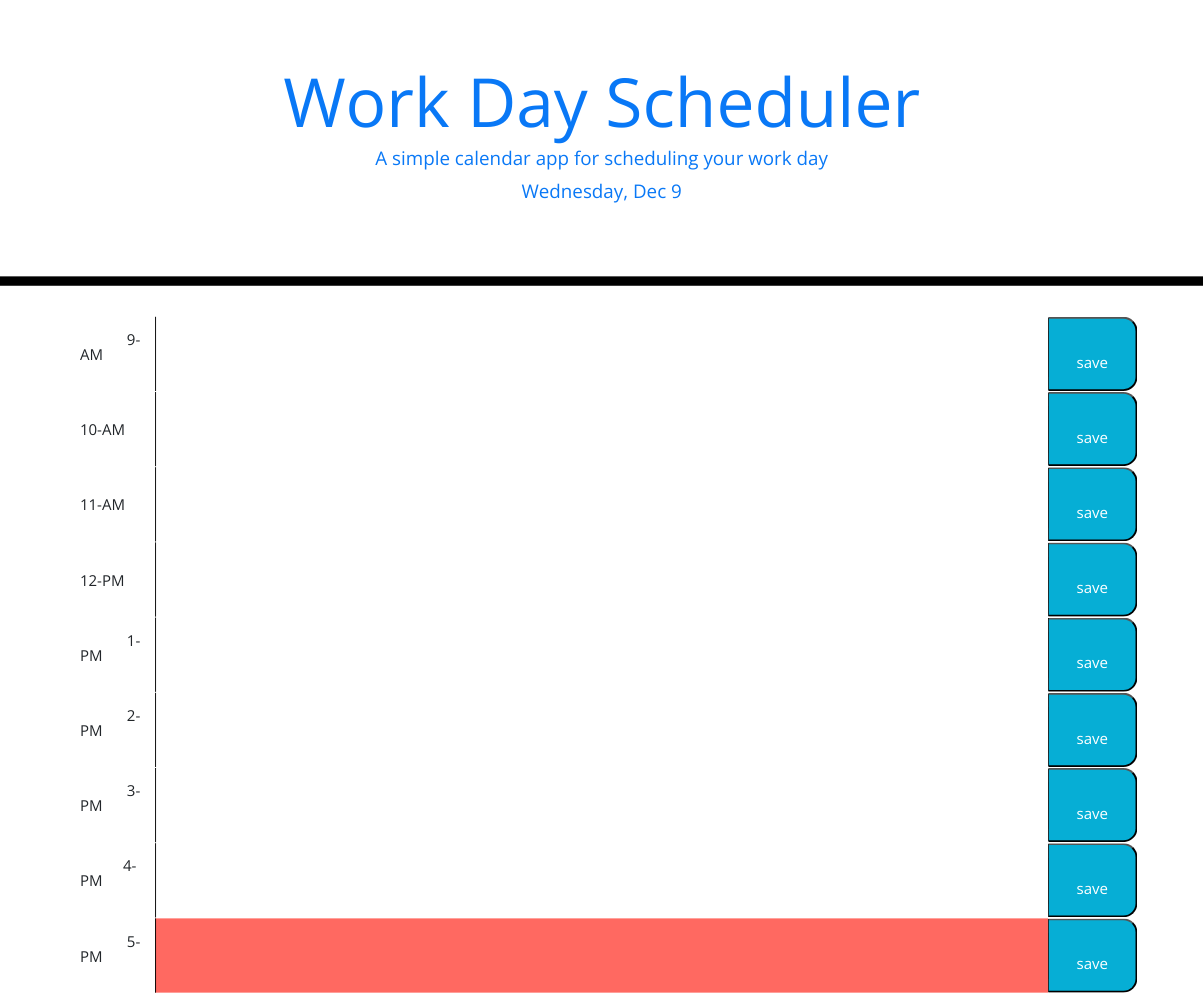
Repository: Mf948/DailyPlannerJS
Page: Develop/index.html
An editor plug-in stored every save of this project. The page is shown before and after a run of saves, followed by the edit.
The browser window is 1280 px wide. The pictures show the whole page, at 94% of full size.
Some web libraries are served in a nearby version.

Above is the page before, as saved 2020-12-09 17:32:38.

### Develop/index.html
<!DOCTYPE html>
<html lang="en">
  <head>
    <meta charset="UTF-8" />
    <meta name="viewport" content="width=device-width, initial-scale=1.0" />
    <meta http-equiv="X-UA-Compatible" content="ie=edge" />
    <link
      rel="stylesheet"
      href="https://stackpath.bootstrapcdn.com/bootstrap/4.3.1/css/bootstrap.min.css"
    />
    <link
      rel="stylesheet"
      href="https://use.fontawesome.com/releases/v5.8.1/css/all.css"
      integrity="sha384-50oBUHEmvpQ+1lW4y57PTFmhCaXp0ML5d60M1M7uH2+nqUivzIebhndOJK28anvf"
      crossorigin="anonymous"
    />
    <link
      href="https://fonts.googleapis.com/css?family=Open+Sans&display=swap"
      rel="stylesheet"
    />
    <link rel="stylesheet" href="style.css" />

    <title>Work Day Scheduler</title>
  </head>

  <body>
    <header class="jumbotron">
      <h1 class="display-3">Work Day Scheduler</h1>
      <p class="lead">A simple calendar app for scheduling your work day</p>
      <p id="currentDay" class="lead"></p>
    </header>
    <div class="container">
      <!-- Timeblocks go here -->
        <div class="row">
          <div class="col-1">
            9-AM
          </div>
          <textarea class="col-10" id=9>

          </textarea>
          <button class="col-1 saveBtn">
          save
          </button>
        </div>
        <div class="row">
          <div class="col-1">
            10-AM
          </div>
          <textarea class="col-10" id=10>

          </textarea>
          <button class="col-1 saveBtn">
          save
          </button>
        </div>
        <div class="row">
          <div class="col-1">
            11-AM
          </div>
          <textarea class="col-10" id=11>

          </textarea>
          <button class="col-1 saveBtn">
          save
          </button>
        </div>
        <div class="row">
          <div class="col-1">
            12-PM
          </div>
          <textarea class="col-10" id=12 >

          </textarea>
          <button class="col-1 saveBtn">
          save
          </button>
        </div>
        <div class="row">
          <div class="col-1">
            1-PM
          </div>
          <textarea class="col-10" id=1>

          </textarea>
          <button class="col-1 saveBtn">
          save
          </button>
        </div>
        <div class="row">
          <div class="col-1">
            2-PM
          </div>
          <textarea class="col-10" id=2>

          </textarea>
          <button class="col-1 saveBtn">
          save
          </button>
        </div>
        <div class="row">
          <div class="col-1">
            3-PM
          </div>
          <textarea class="col-10" id=3>

          </textarea>
          <button class="col-1 saveBtn">
          save
          </button>
        </div>
        <div class="row">
          <div class="col-1">
           4-PM
          </div>
          <textarea class="col-10" id=4>

          </textarea>
          <button class="col-1 saveBtn">
          save
          </button>
        </div>
        <div class="row">
          <div class="col-1">
            5-PM
          </div>
          <textarea class="col-10" id=5>

          </textarea>
          <button class="col-1 saveBtn">
          save
          </button>
        </div>
    </div>
    <script src="https://unpkg.com/dayjs@1.8.21/dayjs.min.js"></script>
    <script src="https://unpkg.com/dayjs@1.8.21/dayjs.min.js"></script>
    <script src="https://cdnjs.cloudflare.com/ajax/libs/jquery/3.2.1/jquery.min.js"></script>
    <script src="https://cdnjs.cloudflare.com/ajax/libs/moment.js/2.24.0/moment.min.js"></script>
    <script src = "script.js"></script>
  </body>
</html>

### Develop/style.css
body {
  font-family: 'Open Sans', sans-serif;
  font-size: 16px;
  line-height: 1;
}

textarea{
  background: transparent;
  border: none;
  resize: none;
  color: #000000;
  border-left: 1px solid black;
  padding: 10px;
}

.jumbotron {
  text-align: center;
  background-color: transparent;
  color: rgb(9, 120, 246);
  border-radius: 0;
  border-bottom: 10px solid black;
}

.description{
  white-space: pre-wrap;
}

.time-block{
  text-align: center;
  border-radius: 15px;
}

.row {
  white-space: pre-wrap;
  height: 80px;
  border-top: 1px solid white;;
}

.hour {
  background-color: #df1212;
  color: #000000;
  border-top: 1px dashed #000000;
}

.past {
  background-color: #d3d3d3;
  color: white;
}

.present {
  background-color: #ff6961;
  color: white;
}

.future {
  background-color: #77dd77;
  color: white;
}

.saveBtn {
  border-left: 1px solid black;
  border-top-right-radius: 15px;
  border-bottom-right-radius: 15px;
  background-color: #06AED5;
  color: white;
}

.saveBtn i:hover {
  font-size: 20px;
  transition: all .3s ease-in-out;
}

### Develop/script.js

 $(document).ready(function() {
    // currentDay
    $("#currentDay").text(dayjs().format('dddd, MMM D'))
    console.log('current hour',dayjs().format('h'))

    function time (){
        var dayjshour = dayjs().format("h")
        if (dayjshour < 5 ) {

        }

        $('textarea').each(function(){

            if(dayjshour === $(this).attr('id')){
                //cchange class to current
                $(this).addClass('present')
            }


        })


    }

    time();

 })

After the next 4 saves:
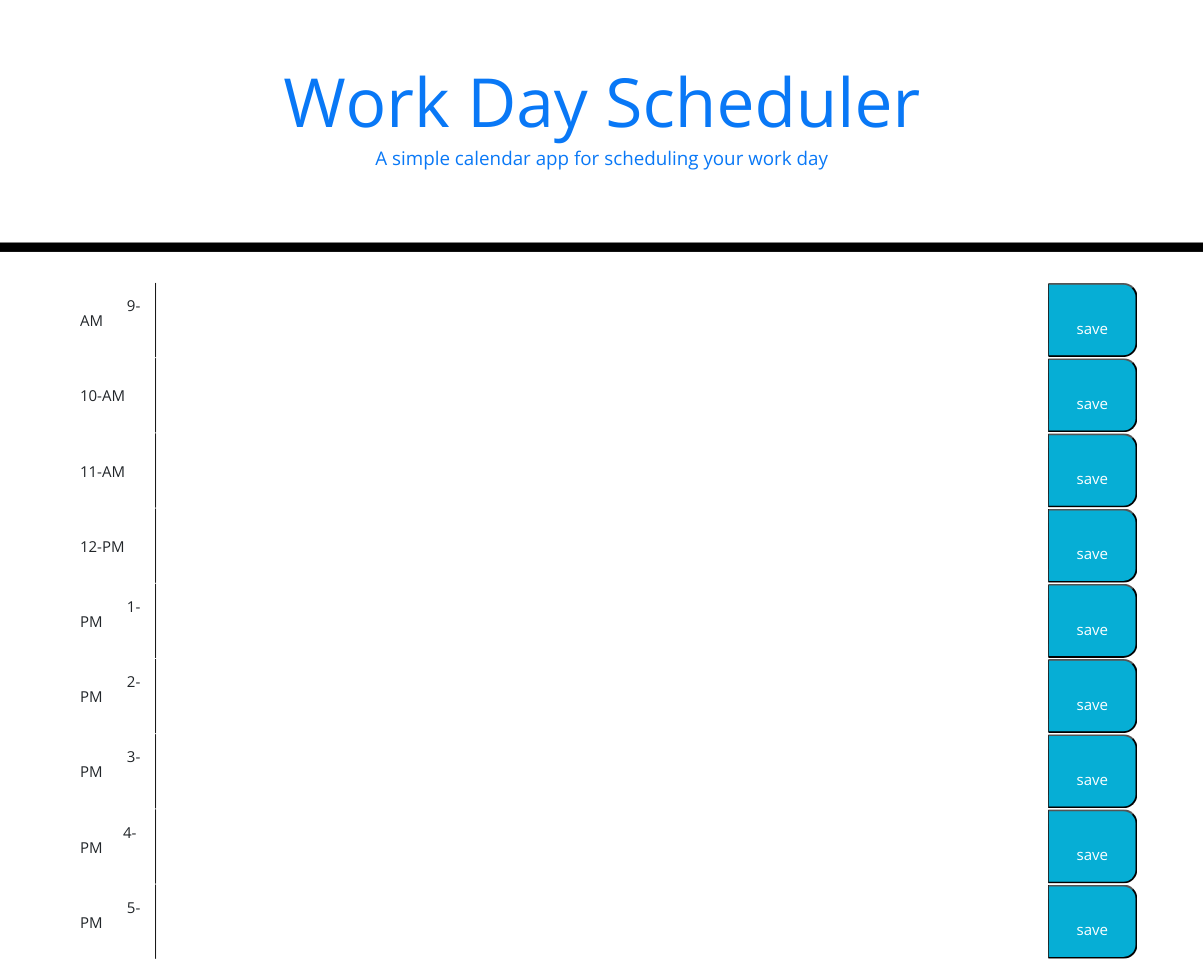
Console error: SyntaxError: Unexpected token ')'
The 4 saves are shown as one change because they came seconds apart.
The last was saved 12 s later.
--- a/Develop/script.js
+++ b/Develop/script.js
@@ -15,6 +15,10 @@
             if(dayjshour === $(this).attr('id')){
                 //cchange class to current
                 $(this).addClass('present')
+            }else if(){
+
+            }else{
+
             }
 
 

After the 5 saves that followed:
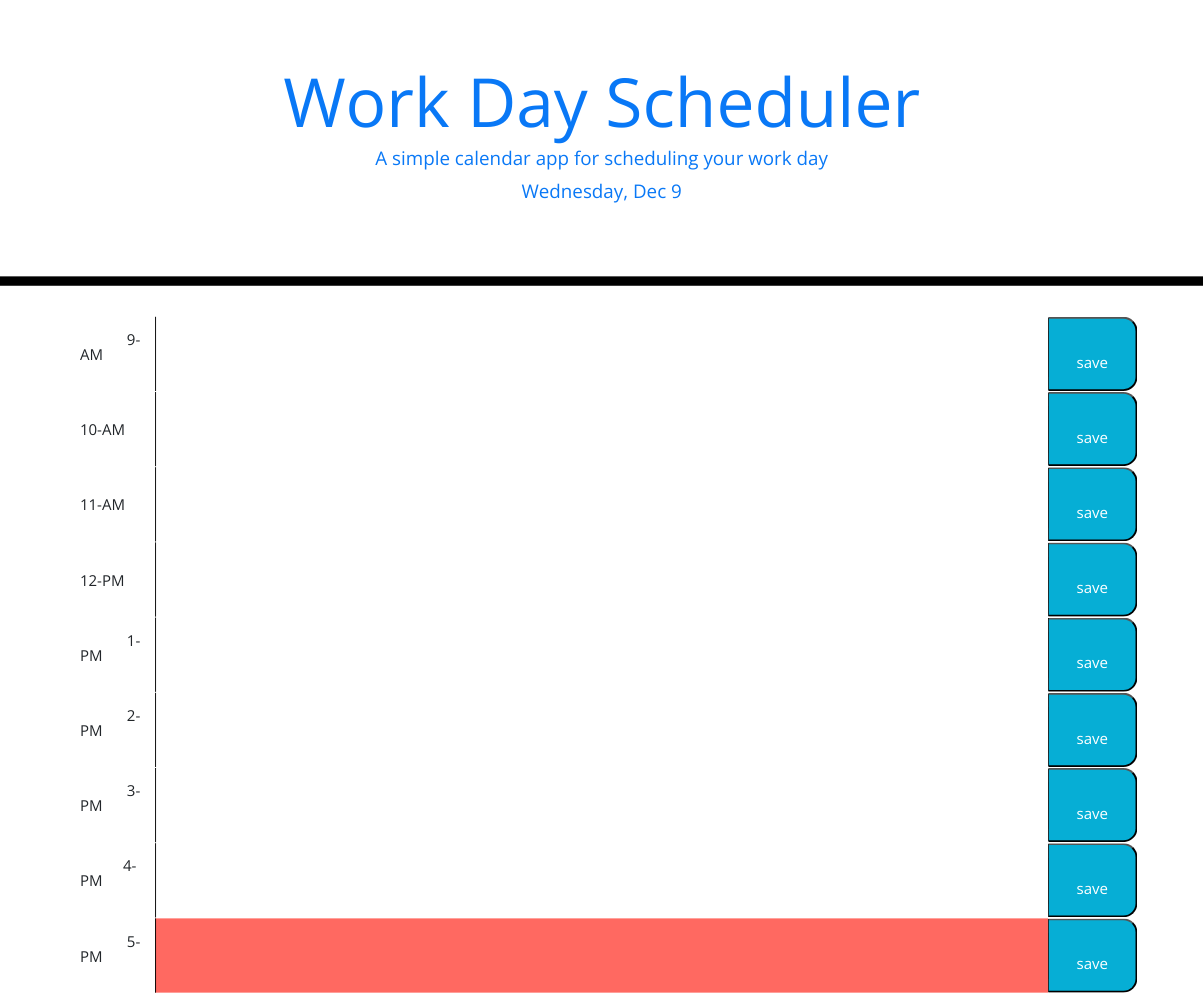
The error is gone.
The 5 saves are shown as one change because 1 left the picture as it was and some came seconds apart.
The last was saved 18 s later.
--- a/Develop/script.js
+++ b/Develop/script.js
@@ -15,8 +15,8 @@
             if(dayjshour === $(this).attr('id')){
                 //cchange class to current
                 $(this).addClass('present')
-            }else if(){
-
+            }else if(dayjshour > $(this).attr('id')){
+                //
             }else{
 
             }
